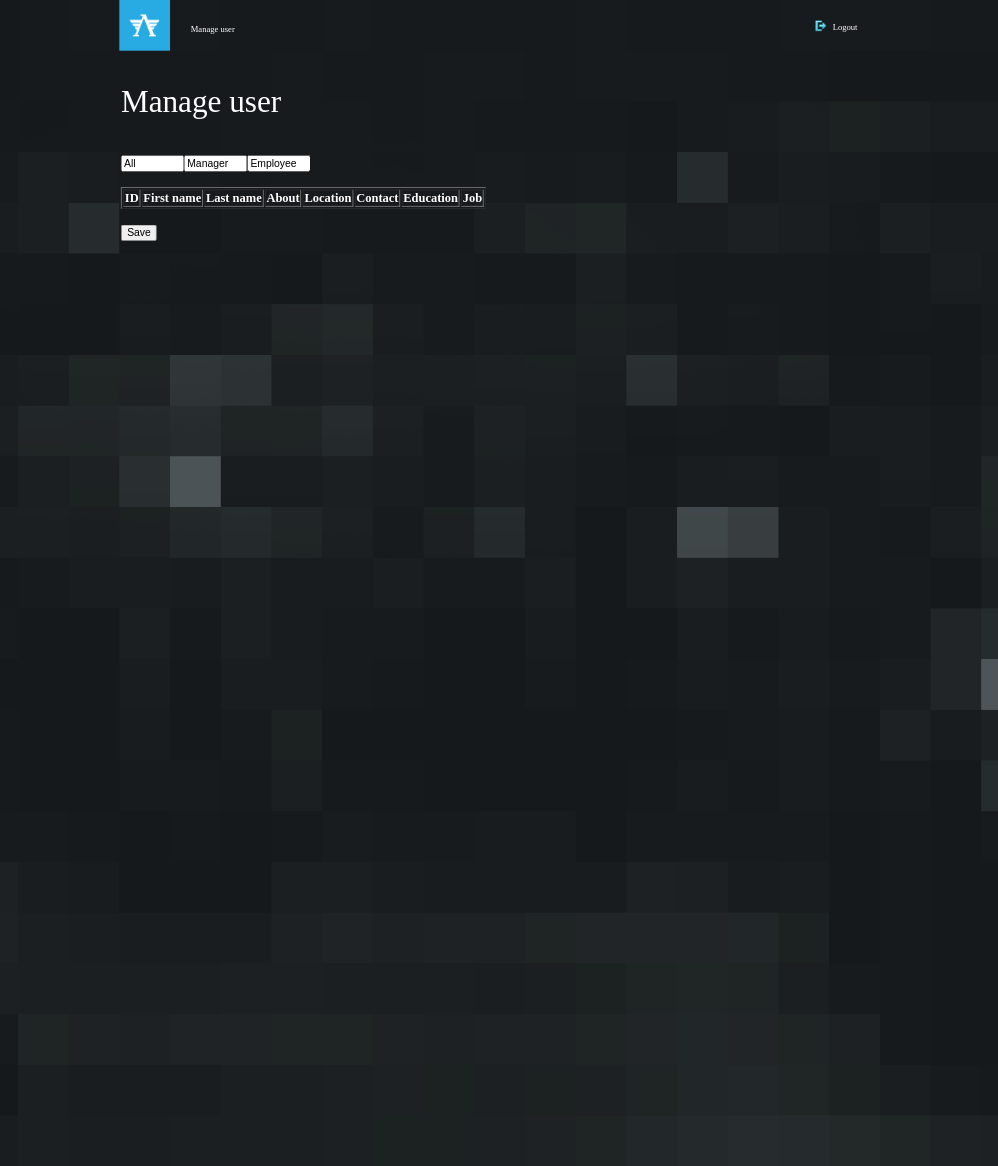
Repository: golfbadly/profile-spring-mvc
Page: http://localhost/Profile/WEB-INF/jsp/admin.jsp
The author's editor kept a copy of each file at every save. The page is drawn from the files as they stood at one save, then again after the next save.
The browser window is 1280 px wide. The pictures show the whole page, at 78% of full size.
The page is served by Tomcat 9. Nobody is signed in. Other server files are loaded and not shown. The template is opened directly, without the code that normally fills it, so the values that code supplies are empty.

Above is the page before, as saved 2014-09-26 12:37:43.

### Profile/WebContent/WEB-INF/jsp/admin.jsp
<%@taglib prefix="c" uri="http://java.sun.com/jsp/jstl/core"%>
<%@ page import="java.sql.*"%>

<%
	Class.forName("com.mysql.jdbc.Driver");
%>

<%
	Connection connection = DriverManager.getConnection(
			"jdbc:mysql://localhost:3306/Myprofile", "root", "3009");

	Statement st = connection.createStatement();
	String obj = "All";
	session = request.getSession();
	if(null != session.getAttribute("job")){
		obj = (String)session.getAttribute("job");
	}


	ResultSet rs;
	if (obj.equals("All")) {
		rs = st.executeQuery("select * from user");
	} else if (obj.equals("manager")) {
		rs = st.executeQuery("select * from user where job = 'Manager'");
	} else {
		rs = st.executeQuery("select * from user where job = 'Employee'");
	}
%>

<html>
<link rel="stylesheet" type="text/css"
	href='<c:url value="/resources/css/admin.css" />'>
<title>Admin Page</title>


<body>
	<div id="register">
		<div class="header">
			<a class="logo">Manage user</a> <a class="Login" href="/Profile/">Logout</a>
		</div>
		<div class="regis">
			<h> Manage user</h>

			<form name="form" method="POST" action="Admin">
				<TABLE BORDER="1">
				<!--  	<select id="map" name="map" onchange="Assign()">
						<option value="All">All</option>
						<option value="Manager">Manager</option>
						<option value="Employee">Employee</option>
					</select>  -->
					<input type="buttom" value="All" size="7" /><input type="buttom" value="Manager" size="7" />
					<input type="buttom" value="Employee" size="7" />
					<br>
					<br>
					<TR>
						<TH>ID</TH>
						<TH>First name</TH>
						<TH>Last name</TH>
						<TH>About</TH>
						<TH>Location</TH>
						<TH>Contact</TH>
						<TH>Education</TH>
						<TH>Job</TH>
					</TR>
					<%
						while (rs.next()) {
					%>
					<TR>
						<TD><%=rs.getString(1)%></TD>
						<TD><%=rs.getString(4)%></TD>
						<TD><%=rs.getString(5)%></TD>
						<TD><%=rs.getString(6)%></TD>
						<TD><%=rs.getString(7)%></TD>
						<TD><%=rs.getString(8)%></TD>
						<TD><%=rs.getString(9)%></TD>
						<TD><select name="jobs">
								<option value="<%=rs.getString(1) + "-None"%>">None</option>
								<option value="<%=rs.getString(1) + "-Manager"%>"
									<%if ("Manager".equals(rs.getString(10)))
					out.print("selected");%>>Manager</option>
								<option value="<%=rs.getString(1) + "-Employee"%>"
									<%if ("Employee".equals(rs.getString(10)))
					out.print("selected");%>>Employee</option>
						</select></TD>
					</TR>
					<%
						}
					%>
				</TABLE>
				<br> <input type="submit" value="Save" size="7" />

			</form>

		</div>
	</div>
	</div>
</body>
<script type="text/javascript">
function Assign(){
	window.location.href="/Profile/admin?map="+document.getElementById("map").value;
}
</script>
</html>

### Profile/WebContent/resources/css/admin.css
html, body, div, p, a, ul, li, header, menu {
    border: 0 none;
    font: inherit;
    margin: 0;
    outline: 0 none;
    padding: 0;
    vertical-align: baseline;
}


body{
     background-color: #000000;
     color: #ffffff;
     font-size: 11px;
     line-height: 20px;
     width: 100%;
}
#register{
	 background-image: url("../pic/bg.png");
	 background-position: center top;
	 height: 1495px;
	 width: 100%;
}
.header{
	margin-left: auto;
	margin-right: auto;
	width: 975px;
	position: top;
}
.header a{
	  background-position: left top;
	  background-repeat: no-repeat;
}
.header a.logo{
	background-image: url("../pic/logo.png");
	display: block;
	float: left;
	height: 38px;
	padding-left: 92px;
	padding-top: 27px;
	width: 170px;
}
.header a.Login {
    background-image: url("../pic/logout.png");
    display: block;
    float: right;
    height: 15px;
    margin-right: 18px;
    margin-top: 25px;
    padding-left: 23px;
    width: 42px;
}


a {
    color: #ffffff;
    font-size: 11px;
    text-decoration: none;
}

strong {
	font-size: 16px;
}
h {
   font-size: 40px;
}
.regis {
	padding-top: 120px;
	padding-left: 155px;
}
p {
margin-top: 30px;
color: #01dfd7;
font-size: 15px;
}

form {
margin-top: 59px;
margin-right: 30px;
}

After the next save:
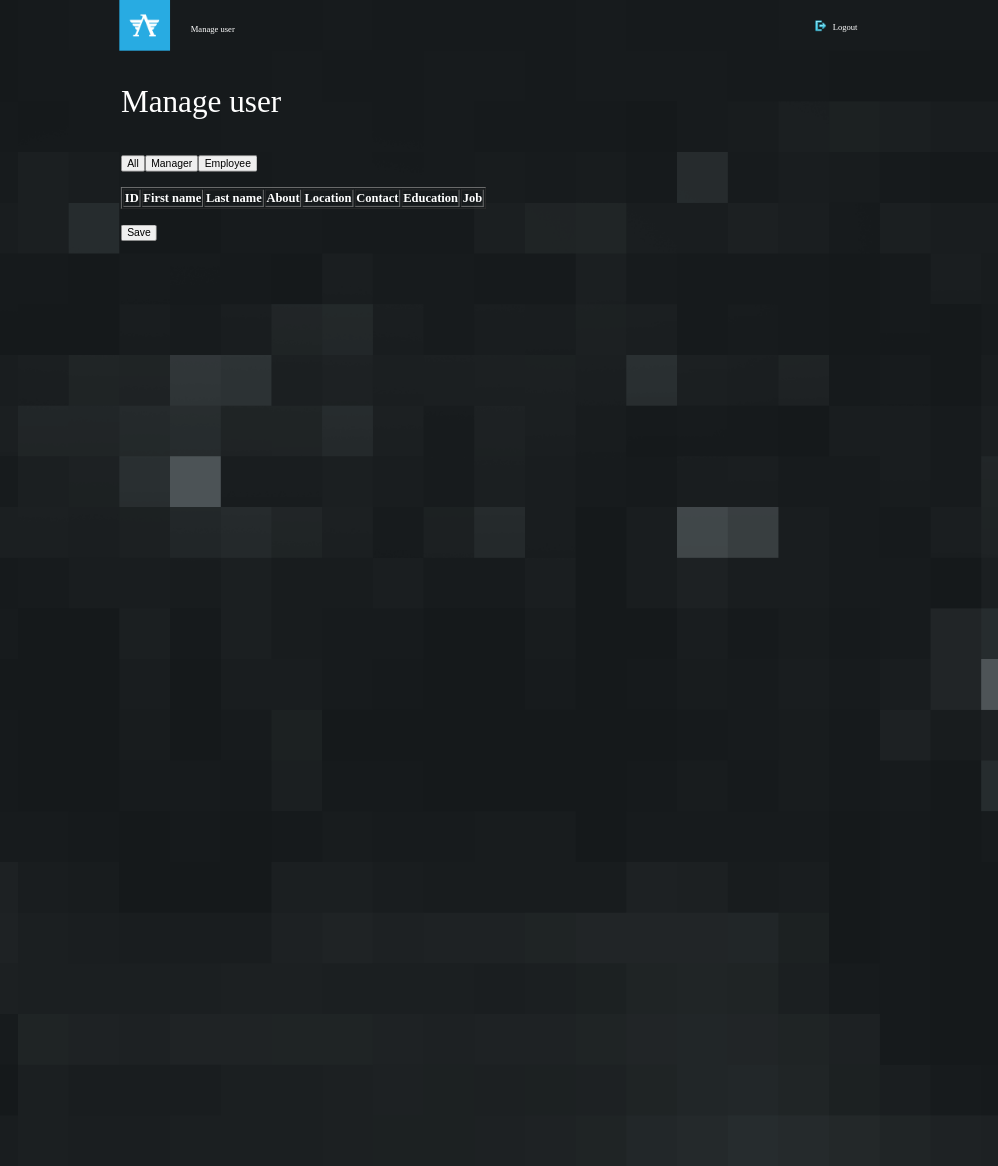
Saved 36 s later.
--- a/Profile/WebContent/WEB-INF/jsp/admin.jsp
+++ b/Profile/WebContent/WEB-INF/jsp/admin.jsp
@@ -48,8 +48,8 @@
 						<option value="Manager">Manager</option>
 						<option value="Employee">Employee</option>
 					</select>  -->
-					<input type="buttom" value="All" size="7" /><input type="buttom" value="Manager" size="7" />
-					<input type="buttom" value="Employee" size="7" />
+					<input type="button" value="All" size="5" /><input type="button" value="Manager" size="5" />
+					<input type="button" value="Employee" size="5" />
 					<br>
 					<br>
 					<TR>
